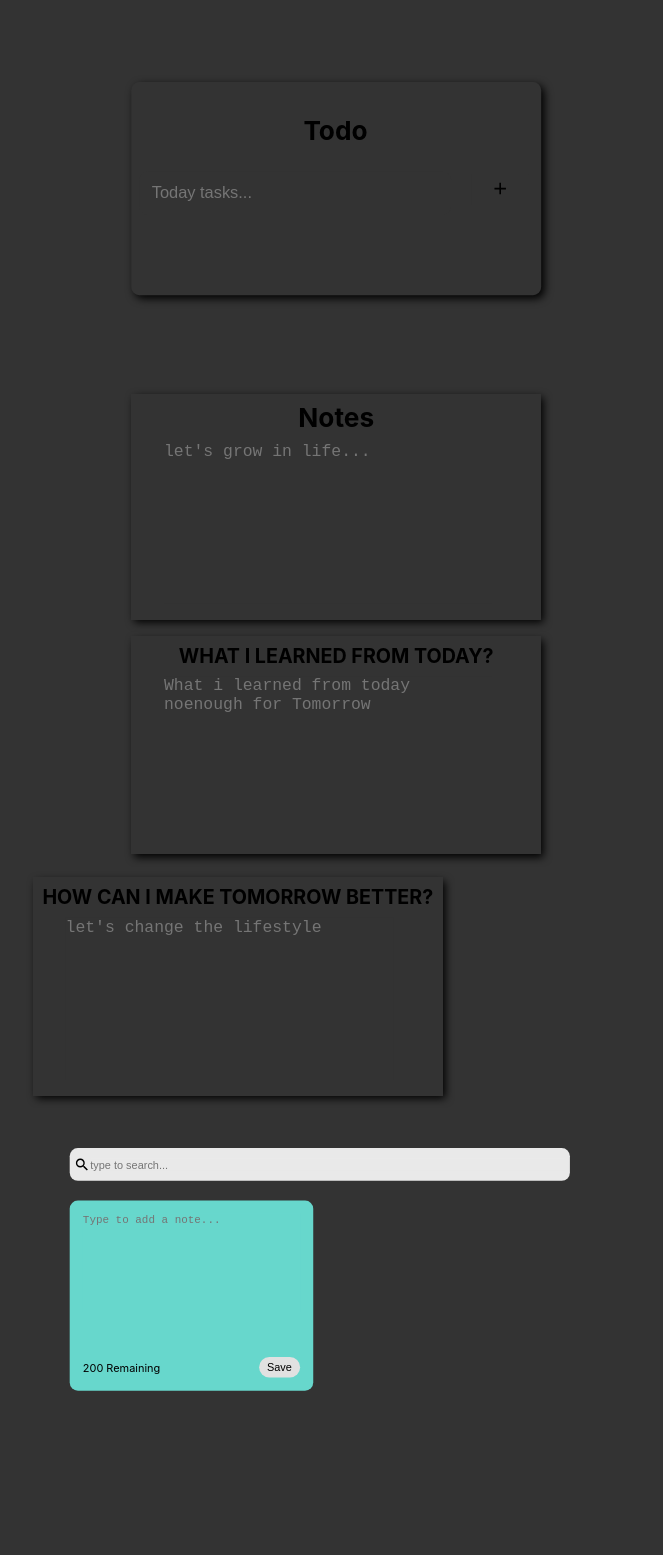
Repository: subhamRsahoo/note
Page: /
An editor plug-in stored every save of this project. The page is shown before and after the next save, followed by the edit.
The browser window is 768 px wide. The page is 808 px wide, so the pictures cover 808 px, including what lies to the right of the window. The pictures show the whole page, at 82% of full size.
The project was rebuilt for these pictures with package versions that can differ from the ones it lists, and the page was loaded fresh each time. Also part of the build but not shown: src/components/New folder/components/Note.js.

Above is the page before, as saved 2021-07-15 18:55:39.

### public/index.html
<!DOCTYPE html>
<html lang="en">
  <head>
    <meta charset="utf-8" />
    <link rel="icon" href="%PUBLIC_URL%/favicon.ico" />
    <meta name="viewport" content="width=device-width, initial-scale=1" />
    <meta name="theme-color" content="#000000" />
    <meta
      name="description"
      content="Web site created using create-react-app"
    />
    <link rel="apple-touch-icon" href="%PUBLIC_URL%/logo192.png" />
    <link rel="manifest" href="%PUBLIC_URL%/manifest.json" />


    <!-- <link rel="stylesheet" href="https://cdnjs.cloudflare.com/ajax/libs/font-awesome/5.15.3/css/font-awesome.min.css"/> -->

    <!-- <link rel="stylesheet" href="https://bootswatch.com/4/materia/bootstrap.com"/> -->

    <title>React App</title>
  </head>
  <body>
    <noscript>You need to enable JavaScript to run this app.</noscript>
    <div id="root"></div>
  </body>
</html>

### src/App.js
import React from 'react'
import Hub from './components/Hub';
import Hub1 from './components/aaaa/Hub1';
import A from './components/New folder/A';

function App() {
    return (
        <div>
            <Hub/>
            <Hub1/>
            <A/>
        </div>
    )
}

export default App

### src/components/Hub.js
import React , {useState , useEffect}from "react";
import Header from "./Header";
import Form from "./Form";
import TodoList from "./TodoList";
import './App.css';


const Hub = () => {
  const initalState = JSON.parse(localStorage.getItem("todos")) || [];
  const [input ,setInput] = useState("");
  const [todos ,setTodos] = useState(initalState);
  const [editTodo , setEditTodo] = useState(null);

  useEffect(() => {
    localStorage.setItem("todos" , JSON.stringify(todos))
  }, [todos]);
  return (
    <div className="container">
      <div className="app-wrapper">
        <div>
          <Header/>
        </div>
        <div>
          <Form
          input={input}
          setInput={setInput}
          todos={todos}
          setTodos={setTodos}
          editTodo={editTodo}
          setEditTodo={setEditTodo}
          />
        </div>
        <div>
          <TodoList todos={todos} setTodos={setTodos} setEditTodo={setEditTodo}/>
        </div>
      </div>
    </div>

  );
}

export default Hub;

### src/components/aaaa/Hub1.js
import React, { Component } from 'react';
import FormDataComponent from './components/form-data.component';
class  Hub1 extends Component {
  render() {
    return (
      <div >
        <FormDataComponent />
      </div>
    );
  }
}

export default Hub1;

### src/components/New folder/A.js
import React from 'react';
import './index.css';
import App from './App';


function A() {
    return (
        <div>
            <App />
        </div>
    )
}

export default A

### src/components/Header.js
import React from 'react'

function Header() {
    return (
        <div className="header">
            <h1>Todo</h1>
        </div>
    )
}

export default Header

### src/components/Form.js
import React , {useEffect} from 'react'
import {v4 as uuidv4} from "uuid";
import AddIcon from '@material-ui/icons/Add';

 const Form =({input , setInput , todos , setTodos , editTodo , setEditTodo }) => {
     const updateTodo = (title , id, completed) =>
     {
         const newTodo = todos.map((todo)=>

             todo.id === id ? {title,id, completed} : todo
         )
         setTodos(newTodo);
         setEditTodo("");
     }
     useEffect(() =>
     {
         if(editTodo)
         {
             setInput(editTodo.title);
         }else{
             setInput("")
         }
     }, [setInput , editTodo]);

     const onInputChange= (event) =>
     {
       setInput(event.target.value);
     };

     const onFormSubmit = (event) =>
     {
        event.preventDefault();
        if(!editTodo){
            setTodos([...todos , {id:uuidv4(), title: input , completed: false}]);
            setInput("");
        }else{
            updateTodo(input , editTodo.id , editTodo.completed)
        }
     }
    return (
       <form onSubmit={onFormSubmit}>
           <input type="text" placeholder="Today tasks... " className="task-input"
           value={input} required onChange={onInputChange} limit={3}/>
           <button type="submit" className="Add">
            <AddIcon/>
           </button>
       </form>
    )
}

export default Form

### src/components/TodoList.js
import React from 'react'
import DoneIcon from '@material-ui/icons/Done';
import EditIcon from '@material-ui/icons/Edit';
import DeleteIcon from '@material-ui/icons/Delete';

const TodoList = ({todos , setTodos , setEditTodo}) => {

    const handleDelete = ({id}) =>
    {
        setTodos(todos.filter((todo) => todo.id !== id));
    }

    const handleComplete = (todo) =>
    {
        setTodos(
            todos.map((item) => {
                if(item.id === todo.id){
                    return {...item , completed: !item.completed};
                }
                return item
            })
        )
    }

    const handleEdit =({id}) =>{
        const findTodo = todos.find((todo) => todo.id === id);
        setEditTodo(findTodo);
    };
    return (
        <div>
           {todos.map((todo) => (
               <li className="list-item"  key={todo.id}>
                   <input type="text"
                     value={todo.title}
                     className={`list ${todo.completed ? "complete" : "" }`}
                     onChange={(event)=> event.preventDefault()}
                   />
                   <div>
                       <button className="button-complete task-button" onClick={() => handleComplete(todo)}>
                          <i><DoneIcon/></i>
                       </button>
                       <button className="button-edit task-button" onClick={()=> handleEdit(todo)}>
                          <i><EditIcon/></i>
                       </button>
                       <button className="button-delete task-button"  onClick={()=> handleDelete(todo)}>
                          <i><DeleteIcon/></i>
                       </button>
                   </div>
               </li>
           ))}
        </div>
    );
}

export default TodoList;

### src/components/App.css
::-webkit-scrollbar {
  width: 9px;
}
::-webkit-scrollbar-thumb {
  background-color: #a8a8a8;
}
::-webkit-scrollbar-thumb:hover {
  background: #828282;
}
::-webkit-scrollbar-track {
  background: #cccccc;
}

body {
  font-family: -apple-system, BlinkMacSystemFont, 'Segoe UI', 'Roboto', 'Oxygen',
    'Ubuntu', 'Cantarell', 'Fira Sans', 'Droid Sans', 'Helvetica Neue',
    sans-serif;
  -webkit-font-smoothing: antialiased;
  -moz-osx-font-smoothing: grayscale;
  background: #333;
}

code {
  font-family: source-code-pro, Menlo, Monaco, Consolas, 'Courier New',
    monospace;
}


*
{
  margin: 0;
  padding: 0;
}

.container
{
  margin-top: 10px;
  width: 100%;
  min-height: 55vh;
  display: grid;
  justify-content: left;
  /* margin-left: 40px; */
  right: 500px;
  align-items: center;
  position: relative;
  box-sizing: border-box;
  left: 40px;
}

.app-wrapper
{
  background-color: #333;
  width: 500px;
  min-height: 350px;
  padding: 10px;
  box-sizing: border-box;
  border-radius: 10px;
  box-shadow: 4px 4px 10px #000;
  /* margin-bottom: 150px; */

}

.header h1
{
  color: black;
  text-align: left;
  margin: 30px 0;
  margin-left: 200px;
}

.task-input
{
  outline: none;
  width: 350px;
  padding: 15px;
  margin-right: 25px;
  font-size: 20px;
  color: white;
  background-color: #333;
  border: none;
  border-radius: 10px;
}

.task-input:hover
{
  box-shadow: 6px 4px 10px #000;
}

.Add
{
  width: 70px;
  padding: 5px 5px;
  border: 0;
  cursor: pointer;
  border-style: transparent;
  background-color: #333;
}

.Add:hover
{
  border-radius: 10px;
  box-shadow: 6px 4px 10px #000;
}

.list-item
{
  display: flex;
  margin: 20px 0;
  border: none;
  border-radius: 10px;
  padding: 7px;
  max-height: 20px;
}

.list-item:hover
{
  box-shadow: 6px 4px 10px #000;
}

.button-complete,
.button-delete,
.button-edit
{
  border: none;
  outline: none;
  cursor: pointer;
  background-color: transparent;
  font-size: 20px;
  border-radius: 50%;
}

.button-complete
{
  color: #ff6c6c;
  margin-right: 10px;
  margin-left: 70px;
}

.button-edit
{
  color: #e2d029;
  margin-right: 10px;
}

.button-delete
{
  color: lightseagreen;
}

.complete
{
  text-decoration-style: solid;
  text-decoration-line: line-through;
  text-decoration-color: #ff6c6c;
  opacity: 0.6;
}

.list
{
  width: 250px;
  background-color: #333;
  border: none;
  color: wheat;
  font-size: 20px;
  padding-left: 10px;
  margin-right: 15px;
}

input:focus,
button:focus
{
  outline: none;
}

@media screen and (max-width:768px)
{
  .container
  {
    margin-right: 200px;
  }
  .app-wrapper
  {

    min-width: 400px;
    min-height: 260px;
  }
}

@media screen and (max-width:540px)
{
  .container
  {
    /* align-items: center; */
    left: 140px;
  }
}

@media screen and (max-width: 1020px)
{
  .app-wrapper
  {
    /* align-items: center; */
    /* min-width: 200px;
    min-height: 260px;
    margin-top: 15px; */
    margin-left: 120px;
  }
}

### src/components/aaaa/components/form-data.component.js
import React, { Component } from 'react';
import './design.css';
export default class FormDataComponent extends Component {
    userData;

    constructor(props) {
        super(props);

        this.onChangeName = this.onChangeName.bind(this);
        this.onChangeName1 = this.onChangeName1.bind(this);
        this.onChangeName2 = this.onChangeName2.bind(this);
        this.onSubmit = this.onSubmit.bind(this);

        this.state = {
            name: '',
            name1: '',
            name2: ''
        }
    }

    // Form Values
    onChangeName(e) {
        this.setState({ name: e.target.value })
    }

    onChangeName1(e) {
        this.setState({ name1: e.target.value })
    }

    onChangeName2(e) {
        this.setState({ name2: e.target.value })
    }


    // React Life Cycle
    componentDidMount() {
        this.userData = JSON.parse(localStorage.getItem('user'));

        if (localStorage.getItem('user')) {
            this.setState({
                name: this.userData.name,
                name1: this.userData.name1,
                name2: this.userData.name2
            })
        } else {
            this.setState({
                name: '',
                name1: '',
                name2: ''
            })
        }
    }

    componentWillUpdate(nextProps, nextState) {
        localStorage.setItem('user', JSON.stringify(nextState));
    }

    onSubmit(e) {
        e.preventDefault()
        console.log(this.state.props)
    }


    render() {
        return (

                <form className="form" onSubmit={this.onSubmit}>
                    <div className="contain">
                        <h1>Notes</h1>
                        <textarea type="text" placeholder="let's grow in life..." className="text1" value={this.state.name} onChange={this.onChangeName} />
                        {/* <button type="submit" className="btn1">Save</button> */}
                    </div>


                    <div className="contain1">
                        <h2>WHAT I LEARNED FROM TODAY?</h2>
                        <textarea type="text" placeholder="What i learned from today noenough for Tomorrow" className="text2" value={this.state.name1} onChange={this.onChangeName1} />
                        {/* <button type="submit" className="btn2">Save</button> */}
                    </div>

                    <div className="contain2">
                        <h2>HOW CAN I MAKE TOMORROW BETTER?</h2>
                        <textarea type="text" placeholder="let's change the lifestyle" className="text3" value={this.state.name2} onChange={this.onChangeName2} />
                        {/* <button type="submit" className="btn3">Save</button> */}
                    </div>
                </form>

        )
    }
}

### src/components/New folder/index.css
body {
	margin: 0;
	font-family: -apple-system, BlinkMacSystemFont, 'Segoe UI',
		'Roboto', 'Oxygen', 'Ubuntu', 'Cantarell', 'Fira Sans',
		'Droid Sans', 'Helvetica Neue', sans-serif;
	-webkit-font-smoothing: antialiased;
	-moz-osx-font-smoothing: grayscale;
}

code {
	font-family: source-code-pro, Menlo, Monaco, Consolas,
		'Courier New', monospace;
}

.header {
	display: flex;
	align-items: center;
	justify-content: space-between;
}


.container1 {
	display: grid;
	width: 850px;
	position: absolute;
	left: 600px;
	bottom: 340px;
	padding-right: 15px;
	padding-left: 15px;
	height: 350px;
}

.notes-list {
	display: grid;
	grid-gap: 1rem;
	grid-template-columns: repeat(
		auto-fill,
		minmax(250px, 1fr)
	);
}

.note.new {
	background-color: #67d7cc;
	height: 200px;
	margin-bottom: 200px;
}

.note.new:hover
{
	box-shadow: 4px 4px 10px #000;
}

textarea {
	border: none;
	resize: none;
	background-color: #67d7cc;
}

textarea:focus {
	outline: none;
}

.save {
	background-color: #e1e1e1;
	border: none;
	border-radius: 15px;
	padding: 5px 10px 5px 10px;
}

.save:hover {
	background-color: #ededed;
	cursor: pointer;
}

.note {
	background-color: #fef68a;
	border-radius: 10px;
	padding: 1rem;
	height: 200px;
	display: flex;
	flex-direction: column;
	justify-content: space-between;
	white-space: pre-wrap;
}

.note:hover
{
	box-shadow: 4px 4px 10px aqua;
}

.note-footer {
	display: flex;
	align-items: center;
	justify-content: space-between;
}

.delete-icon {
	cursor: pointer;
}

.search {
	display: flex;
	align-items: center;
	background-color: rgb(233, 233, 233);
	width: 850px;
	height: 30px;
	border-radius: 10px;
	padding: 5px;
	margin-bottom: 1.5em;
}

.search:hover
{
	box-shadow: 4px 4px 10px #000;
}

.search input {
	border: none;
	background-color: rgb(233, 233, 233);
	width: 100%;
}

.search input:focus {
	outline: none;
}

@media screen and (max-width:768px)
{
	.container1
	{
		align-items: center;
		position: relative;
		top: 700px;
		width: 600px;
		left: 70px;
	}

	.search
	{
		width: 600px;
	}
}

@media screen and (max-width:540px)
{
  .container
  {
    /* align-items: center; */
    left: 140px;
  }
}

@media screen and (max-width: 1020px)
{
  .app-wrapper
  {
    /* align-items: center; */
    /* min-width: 200px;
    min-height: 260px;
    margin-top: 15px; */
    margin-left: 120px;
  }
}

### src/components/New folder/App.js
import { useState, useEffect } from 'react';
import { nanoid } from 'nanoid';
import NotesList from './components/NotesList';
import Search from './components/Search';

const App = () => {
	const [notes, setNotes] = useState([
		// {
		// 	id: nanoid(),
		// 	text: 'This is my first note!',
		// 	date: '15/04/2021',
		// },
		// {
		// 	id: nanoid(),
		// 	text: 'This is my second note!',
		// 	date: '21/04/2021',
		// },
		// {
		// 	id: nanoid(),
		// 	text: 'This is my third note!',
		// 	date: '28/04/2021',
		// },
		// {
		// 	id: nanoid(),
		// 	text: 'This is my new note!',
		// 	date: '30/04/2021',
		// },
	]);

	const [searchText, setSearchText] = useState('');

	useEffect(() => {
		const savedNotes = JSON.parse(
			localStorage.getItem('react-notes-app-data')
		);

		if (savedNotes) {
			setNotes(savedNotes);
		}
	}, []);

	useEffect(() => {
		localStorage.setItem(
			'react-notes-app-data',
			JSON.stringify(notes)
		);
	}, [notes]);

	const addNote = (text) => {
		const date = new Date();
		const newNote = {
			id: nanoid(),
			text: text,
			date: date.toLocaleDateString(),
		};
		const newNotes = [...notes, newNote];
		setNotes(newNotes);
	};

	const deleteNote = (id) => {
		const newNotes = notes.filter((note) => note.id !== id);
		setNotes(newNotes);
	};

	return (
		<div >
			<div className='container1'>
				<Search handleSearchNote={setSearchText} />
				<NotesList
					notes={notes.filter((note) =>
						note.text.toLowerCase().includes(searchText)
					)}
					handleAddNote={addNote}
					handleDeleteNote={deleteNote}
				/>
			</div>
		</div>
	);
};

export default App;

### src/components/aaaa/components/design.css
.form
{
    width: 100%;
    height: 250px;
    display: grid;
    margin: 0;
    padding: 0;
}


.contain
{
    display: grid;
    width: 500px;
    left: 40px;
    top: 30px;
    bottom: 10px;
    box-shadow: 4px 4px 10px #000;
    position: relative;
    box-sizing: border-box;

}

.text1
{
    margin-top: 10px;
   width: 400px;
   height: 197px;
   margin-left: 40px;
   background-color: #333;
   border-style: none;
   color: white;
   border-style: none;
   font-size: 20px;
   margin-bottom: 20px;
}

.text1:hover
{
    box-shadow: 4px 4px 10px #000;
}

.contain h1
{
    margin-top: 10px;
   text-align: center;
}

/* .btn1
{
    background-color: #333;
    margin-left: 70px;
    text-decoration-color: white;
    border-style: none;
    color: white;
    cursor: pointer;
    margin-bottom: 10px;
    padding: 8px 8px;
    border-radius: 10px;
}

.btn1:hover
{
    box-shadow: 4px 4px 10px #000;
    padding: 8px 8px;
} */


.contain1
{
    width: 500px;
    top: 50px;
    left: 40px;
    box-shadow: 4px 4px 10px #000;
    position: relative;
    box-sizing: content-box;
    display: grid;
}

.text2
{
    margin-top: 10px;
    width: 400px;
    height: 197px;
    margin-left: 40px;
    background-color: #333;
    border-style: none;
    color: white;
    border-style: none;
    font-size: 20px;
    margin-bottom: 20px;
}

.text2:hover
{
    box-shadow: 4px 4px 10px #000;
}


.contain1 h2
{
    margin-top: 10px;
   text-align: center;
}

/* .btn2
{
    background-color: #333;
    margin-left: 70px;
    text-decoration-color: white;
    border-style: none;
    color: white;
    cursor: pointer;
    margin-bottom: 10px;
    padding: 8px 8px;
    border-radius: 10px;
}

.btn2:hover
{
    box-shadow: 4px 4px 10px #000;
    padding: 8px 8px;
} */

.contain2
{
   width: 500px;
    margin-top: 620px;
    margin-left: 40px;
    /* bottom: 630px; */
    box-shadow: 4px 4px 10px #000;
    position: absolute;
    box-sizing:border-box;
    display: grid;
}

.text3
{
    margin-top: 10px;
    width: 400px;
    height: 197px;
    margin-left: 40px;
    background-color: #333;
    border-style: none;
    color: white;
    border-style: none;
    font-size: 20px;
    margin-bottom: 20px;
}

.text3:hover
{
    box-shadow: 4px 4px 10px #000;
}


.contain2 h2
{
    margin-top: 10px;
   text-align: center;
}

/* .btn3
{
    background-color: #333;
    margin-left: 70px;
    text-decoration-color: white;
    border-style: none;
    color: white;
    cursor: pointer;
    margin-bottom: 10px;
    padding: 8px 8px;
    border-radius: 10px;
}

.btn3:hover
{
    box-shadow: 4px 4px 10px #000;
    padding: 8px 8px;
} */

@media screen and (max-width:768px)
{
    .contain
    {
        /* left: 80px; */
        margin-left: 160px;
    }
    .contain1
    {
        margin-left: 160px;
    }
    .contain2
    {
        left: 80px;
        align-items: center;
    }
}

@media screen and (max-width: 540px)
{
    .contain
    {
        left: 0;
        align-items: center;
    }
    .contain1
    {
        left: 0px;
        align-items: center;
    }
    .contain2
    {
        left: 0px;
        align-items: center;
    }
}

@media screen and (max-width: 1020px)
{
    .contain
    {
        left: 0;
        align-items: center;
    }
    .contain1
    {
        left: 0px;
        align-items: center;
    }
    .contain2
    {
        left: 0px;
        align-items: center;
    }
}

### src/components/New folder/components/AddNote.js
import { useState } from 'react';

const AddNote = ({ handleAddNote }) => {
	const [noteText, setNoteText] = useState('');
	const characterLimit = 200;

	const handleChange = (event) => {
		if (characterLimit - event.target.value.length >= 0) {
			setNoteText(event.target.value);
		}
	};

	const handleSaveClick = () => {
		if (noteText.trim().length > 0) {
			handleAddNote(noteText);
			setNoteText('');
		}
	};

	return (
		<div className='note new'>
			<textarea
				rows='8'
				cols='10'
				placeholder='Type to add a note...'
				value={noteText}
				onChange={handleChange}
			></textarea>
			<div className='note-footer'>
				<small>
					{characterLimit - noteText.length} Remaining
				</small>
				<button className='save' onClick={handleSaveClick}>
					Save
				</button>
			</div>
		</div>
	);
};

export default AddNote;

Loaded but not shown: src/index.js (common file); src/components/New folder/components/NotesList.js (common file); src/components/New folder/components/Search.js (common file)

After the next save:
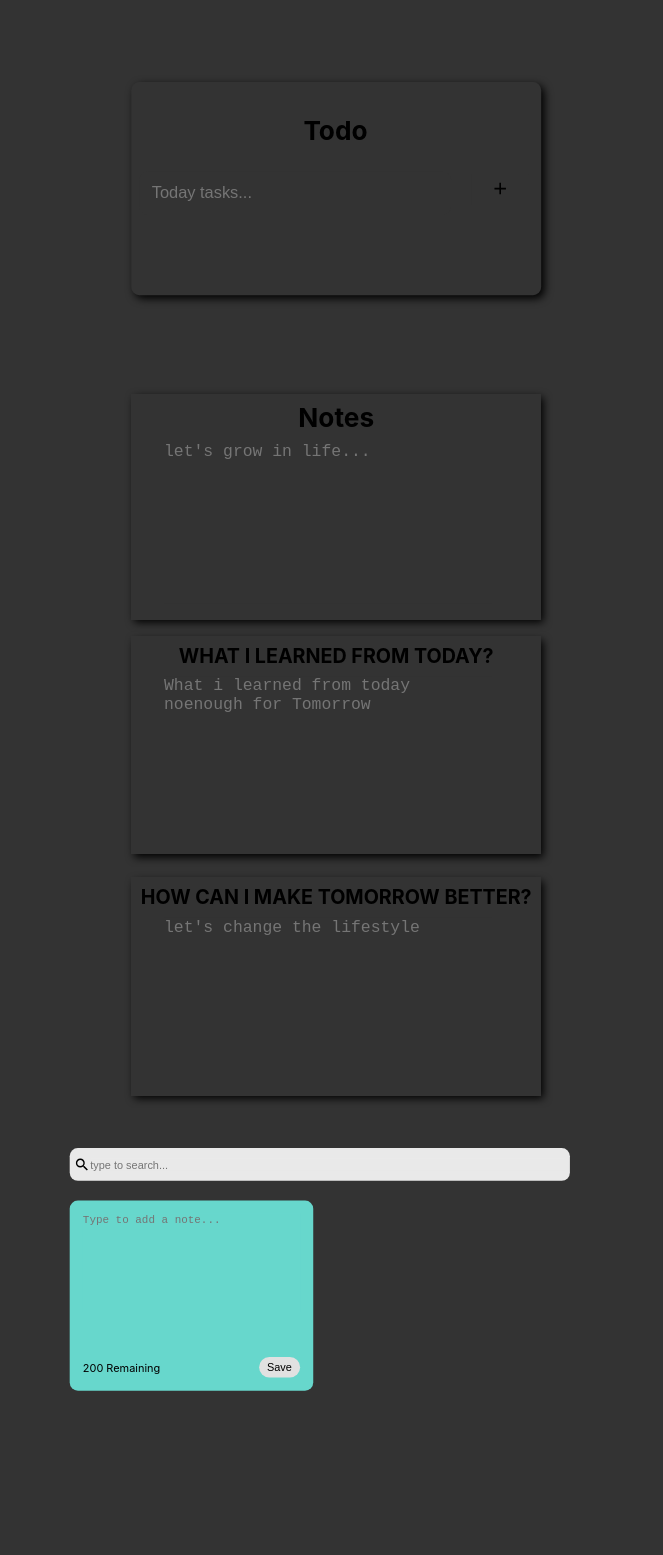
Saved 24 s later.
--- a/src/components/aaaa/components/design.css
+++ b/src/components/aaaa/components/design.css
@@ -192,8 +192,7 @@
     }
     .contain2
     {
-        left: 80px;
-        align-items: center;
+        margin-left: 160px;
     }
 }
 
